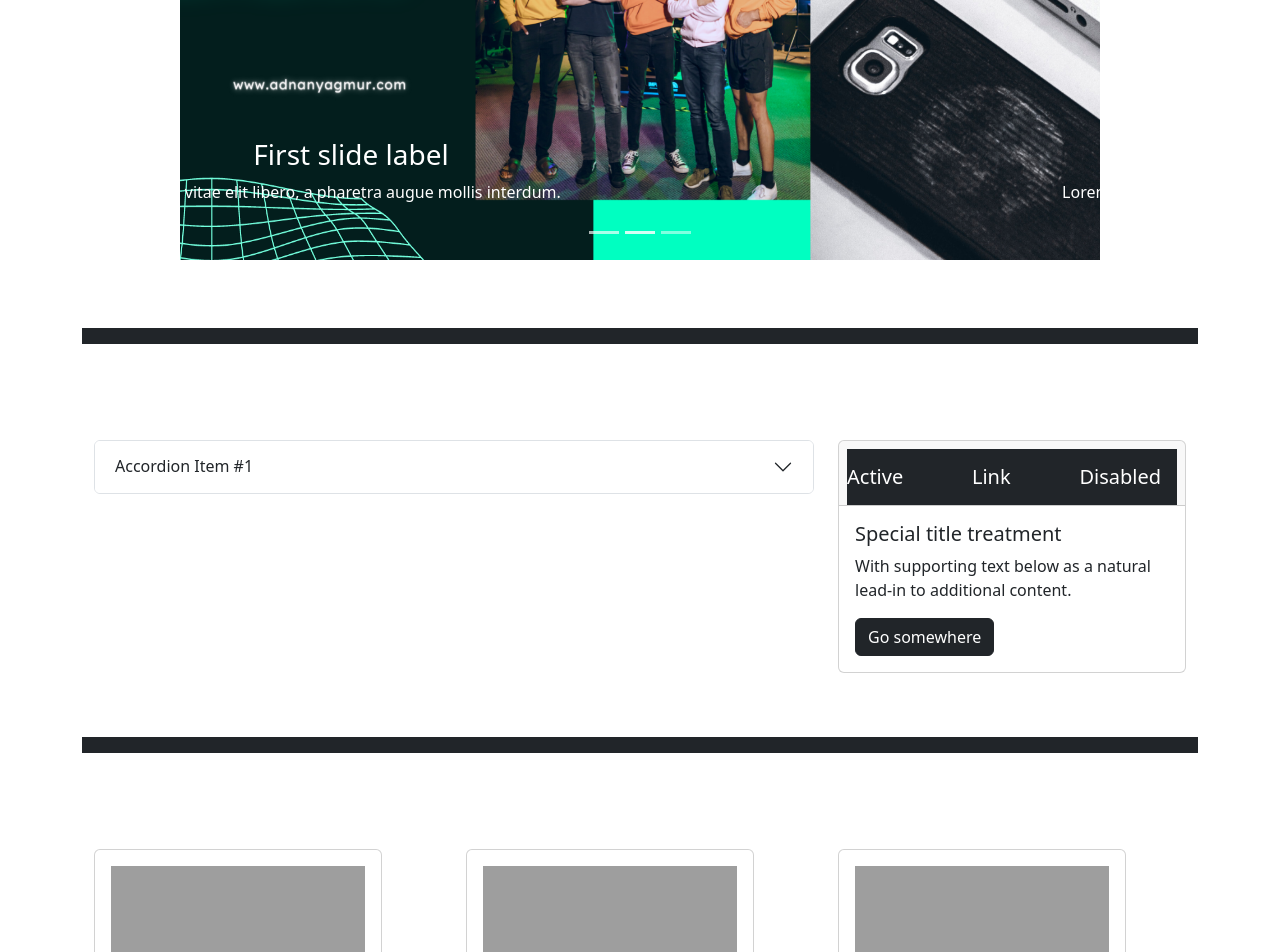
Repository: adnanyagmur/react-bootstrap-example
Page: /
These files come from the project's save history. The page is drawn as it stood at one moment and after the next save; the edit follows.
The browser window is 1280 px wide. The pictures show the part of the page from y = 464 to 1416 px (the page is 2375 px tall).
Pictures or frames that could not be fetched are drawn as grey boxes. The project was rebuilt for these pictures with package versions that can differ from the ones it lists, and the page was loaded fresh each time.

Above is the page before, as saved 2022-06-29 14:52:16.

After the next save:
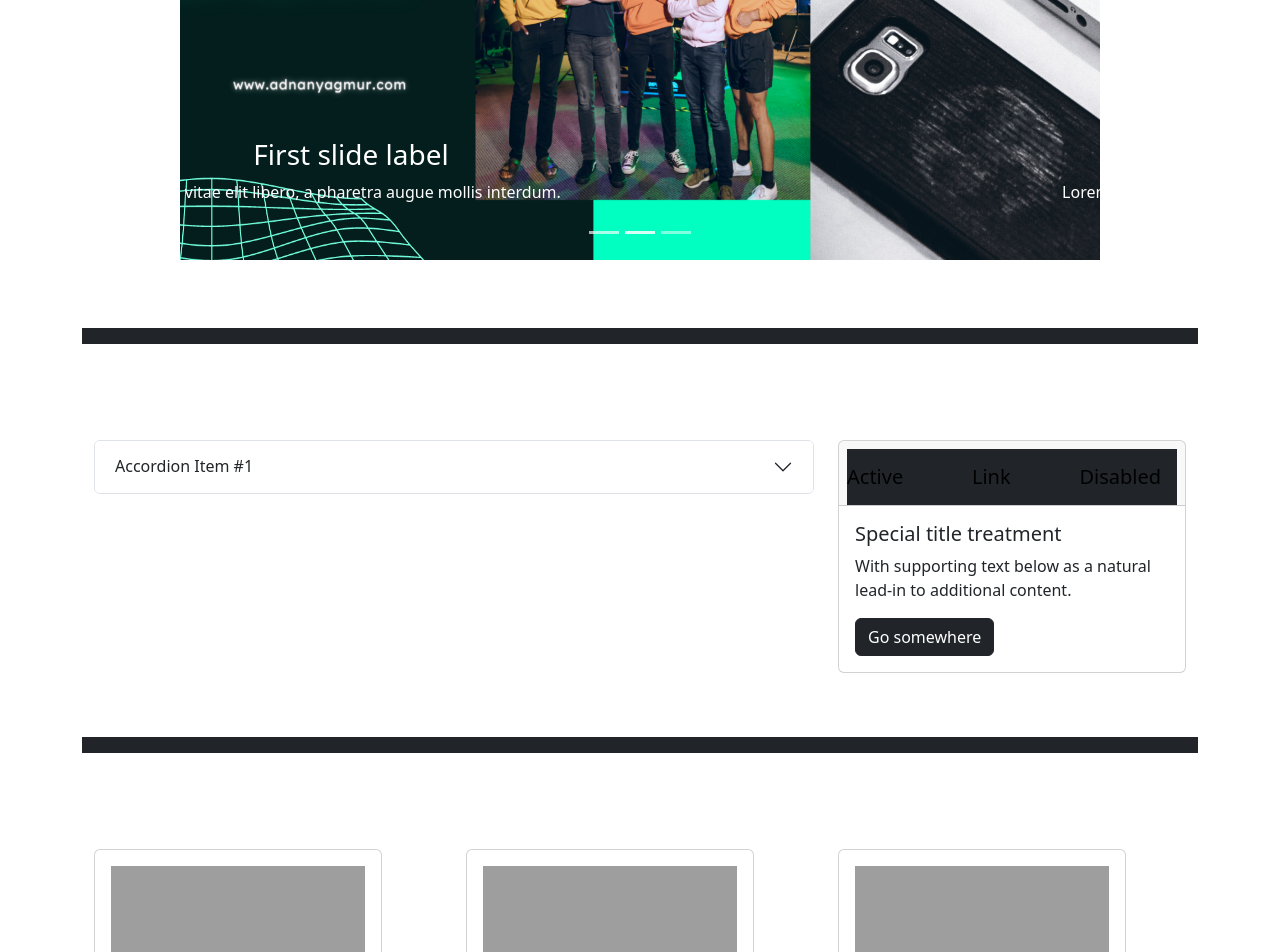
Saved 7 s later.
--- a/src/appComponents/AppContainer.jsx
+++ b/src/appComponents/AppContainer.jsx
@@ -27,7 +27,7 @@
         <Col sm={4}>
         <Card>
       <Card.Header>
-        <Nav className="navbar navbar-dark bg-dark" variant="tabs" defaultActiveKey="#first">
+        <Nav className="navbar bg-dark" variant="tabs" defaultActiveKey="#first">
           <Nav.Item className="navbar-brand">
            Active
           </Nav.Item>

After the save that followed:
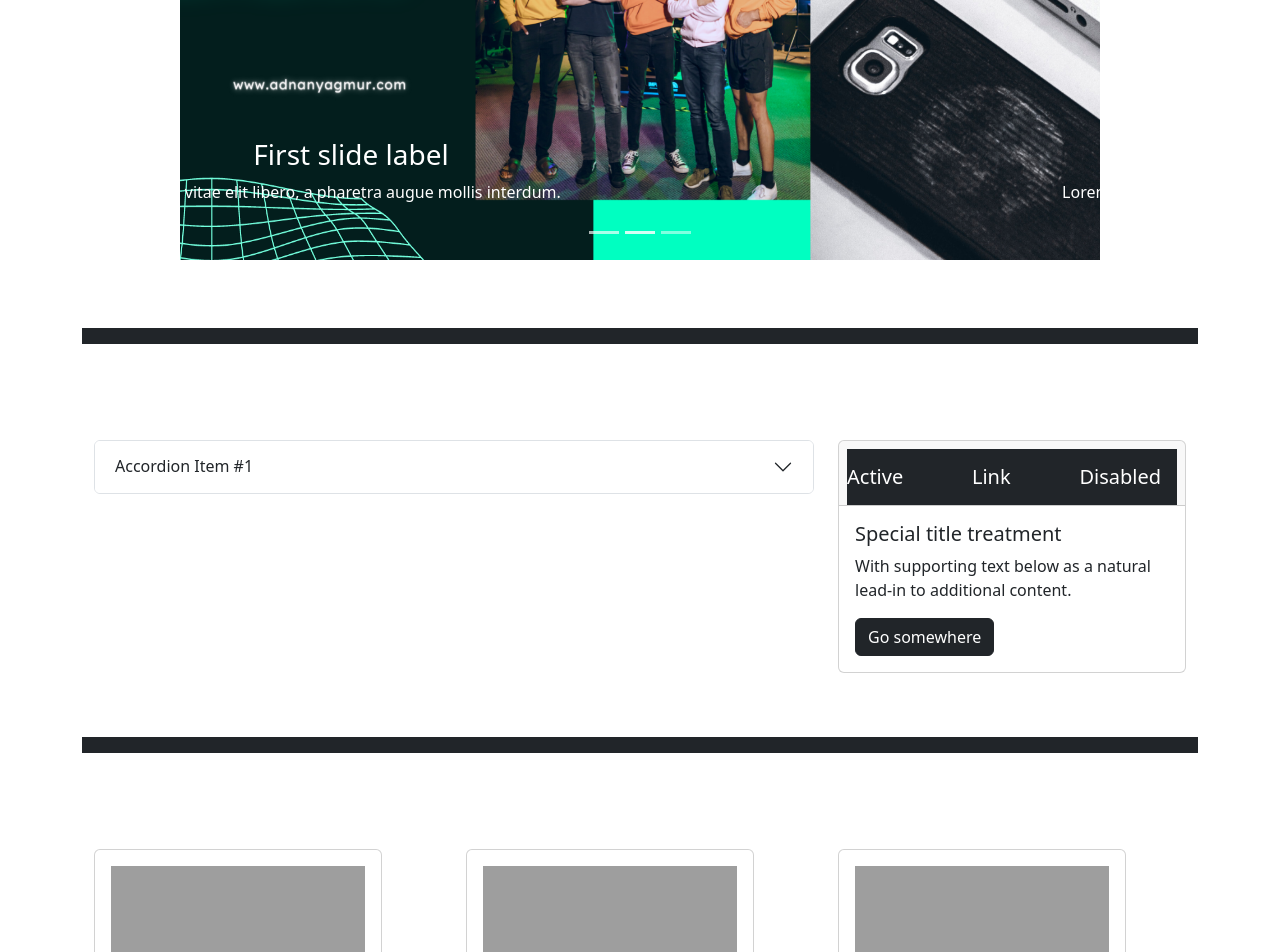
Saved 4 s later.
--- a/src/appComponents/AppContainer.jsx
+++ b/src/appComponents/AppContainer.jsx
@@ -27,7 +27,7 @@
         <Col sm={4}>
         <Card>
       <Card.Header>
-        <Nav className="navbar bg-dark" variant="tabs" defaultActiveKey="#first">
+        <Nav className="navbar navbar-dark bg-dark" variant="tabs" defaultActiveKey="#first">
           <Nav.Item className="navbar-brand">
            Active
           </Nav.Item>
